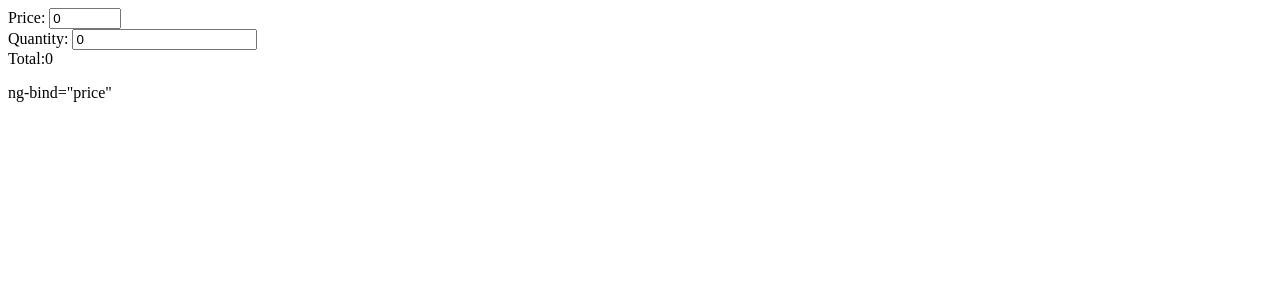
Repository: jack-1195/dtproject
Page: angular/DemoAngularJS/WebContent/Test.html
The author's editor kept a copy of each file at every save. The page is drawn from the files as they stood at one save, then again after the next save.
The browser window is 1280 px wide. The pictures show the whole page.
Some web libraries are served in a nearby version.

Above is the page before, as saved 2016-07-01 05:12:53.

After the next save:
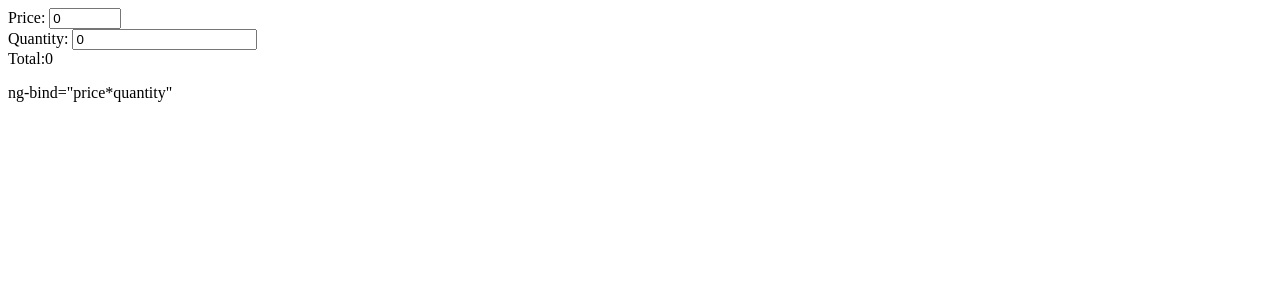
Saved 16 s later.
--- a/angular/DemoAngularJS/WebContent/Test.html
+++ b/angular/DemoAngularJS/WebContent/Test.html
@@ -11,7 +11,7 @@
 Price: <input type ="number" min=1 max=1000  ng-model="price"><br>
 Quantity: <input type ="number"   ng-model="quantity"><br>
 Total:{{price * quantity }}
-<p> ng-bind="price"</p>
+<p> ng-bind="price*quantity"</p>
 
 </body>
 </html>
